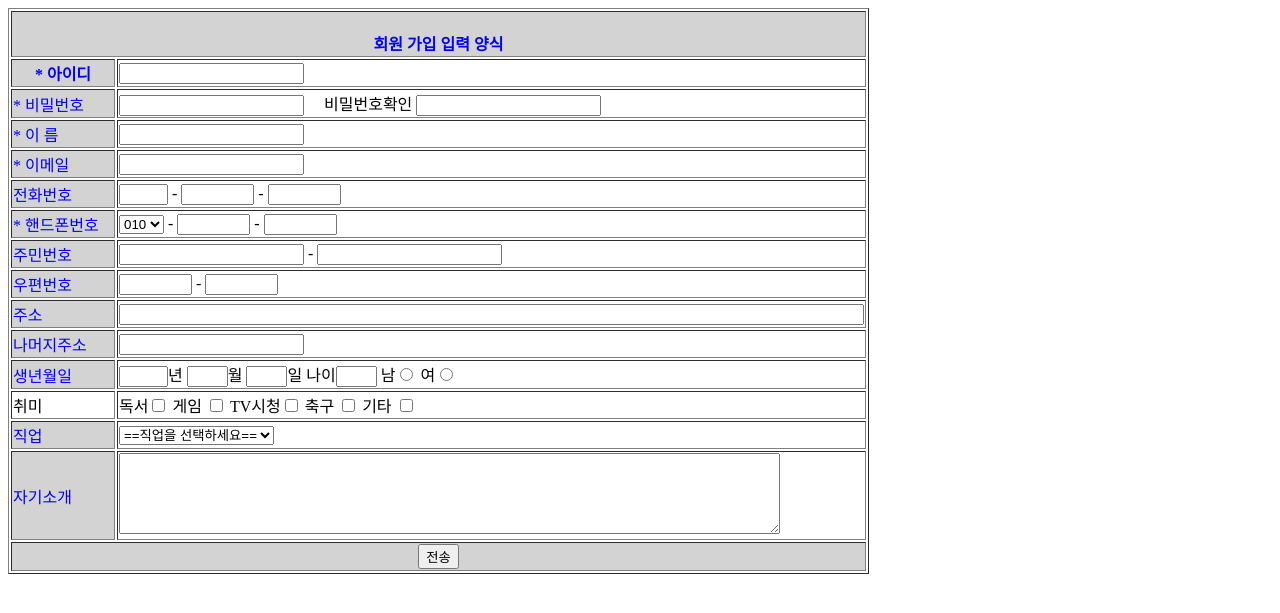
Repository: vkfkstptkd1/WebProgramming
Page: ch3_FormTag/WebContent/In_Form.html
An editor plug-in stored every save of this project. The page is shown before and after the next save, followed by the edit.
The browser window is 1280 px wide. The pictures show the whole page.

Above is the page before, as saved 2021-03-20 08:47:19.

After the next save:
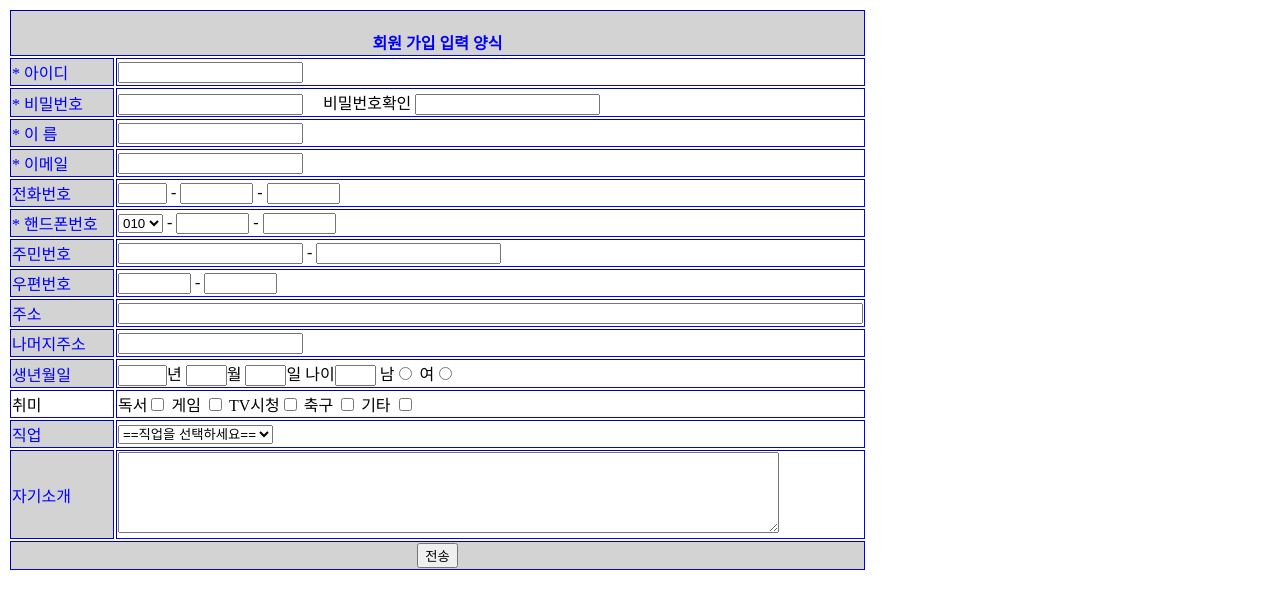
Saved 2 min 5 s later.
--- a/ch3_FormTag/WebContent/In_Form.html
+++ b/ch3_FormTag/WebContent/In_Form.html
@@ -4,14 +4,15 @@
 <meta charset="EUC-KR">
 <title>First Practice : In_ Form</title>
 <style type="text/css">
+.borderstyle{border:blue;}
 .style0{color:blue;background-color:lightgrey;}
 </style>
 </head>
 <body>
 <form action= "In_Form_ok.jsp" method="post">
-	<table border="1">
+	<table class="borderstyle" border="1">
 	<tr><th class="style0" colspan=2><br>회원 가입 입력 양식</th></tr><!--표제목  -->
-	<tr><th class="style0" width= "100"> * 아이디</th>
+	<tr><td class="style0" width= "100"> * 아이디</td>
 		<td width="500"> <input type="text" name="id"></td>
 	</tr>
 	<tr><td class="style0"> * 비밀번호</td>
